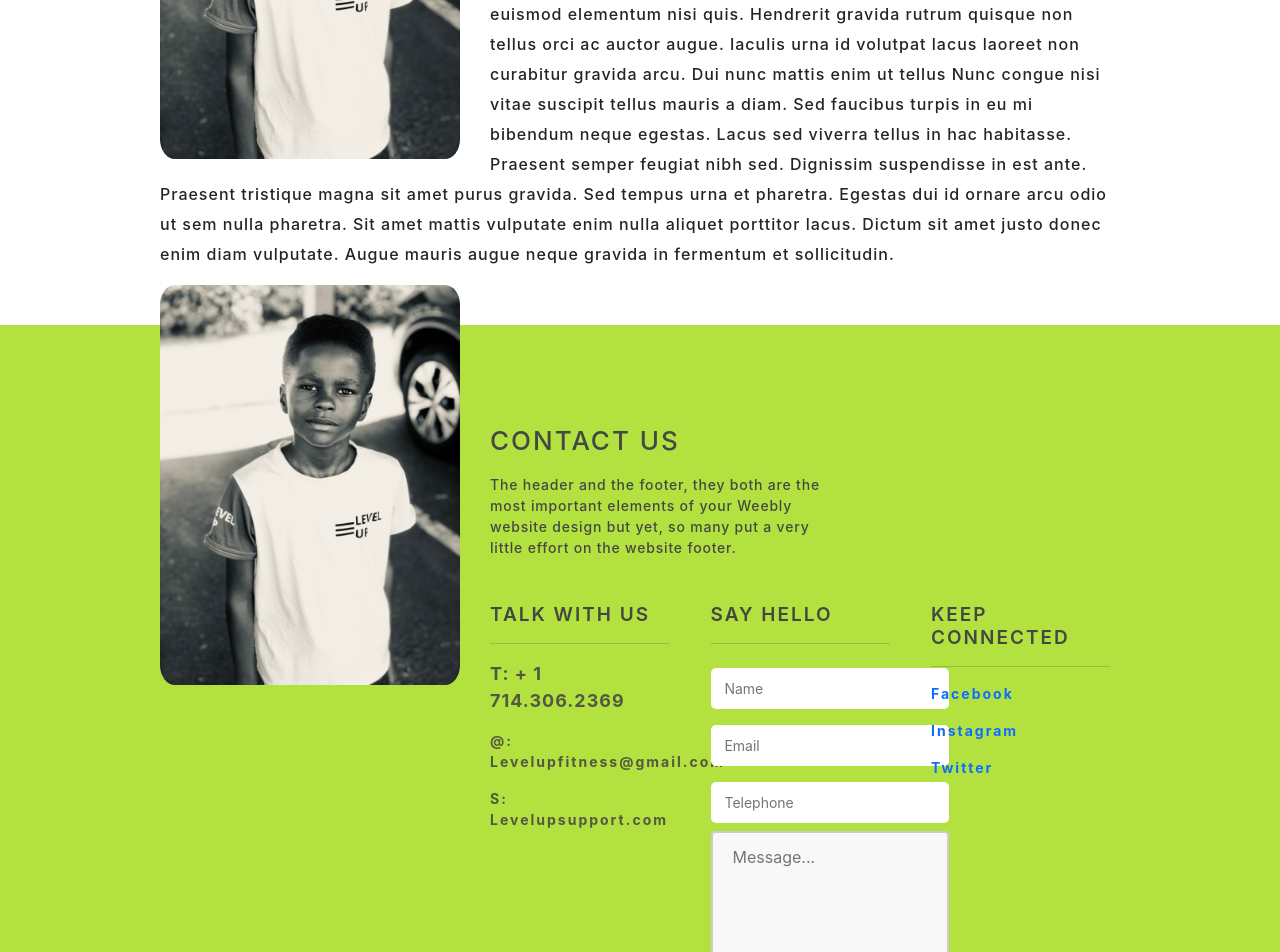
Repository: Bojurie/Level-up
Page: /about (app in client/)
These files come from the project's save history. The page is drawn as it stood at one moment and after the next save; the edit follows.
The browser window is 1280 px wide. The pictures show the part of the page from y = 753 to 1705 px (the page is 1877 px tall).
Some web fonts or font styles are not loaded; a fallback is used. Some web libraries are served in a nearby version. The project was rebuilt for these pictures with package versions that can differ from the ones it lists, and the page was loaded fresh each time. Also part of the build but not shown: client/src/components/Carousel.js, client/src/components/HomeVlog.css, client/src/components/HomeVlog.js, client/src/components/homeProducts.css, client/src/components/HomeProducts.js, client/src/components/Card.js, client/src/components/HomeShop.css, client/src/components/HomeShop.js and 10 more. Imported but missing from the stored project, and not drawn on this page: client/src/components/Chart.

Above is the page before, as saved 2022-11-30 04:18:25.

After the next save:
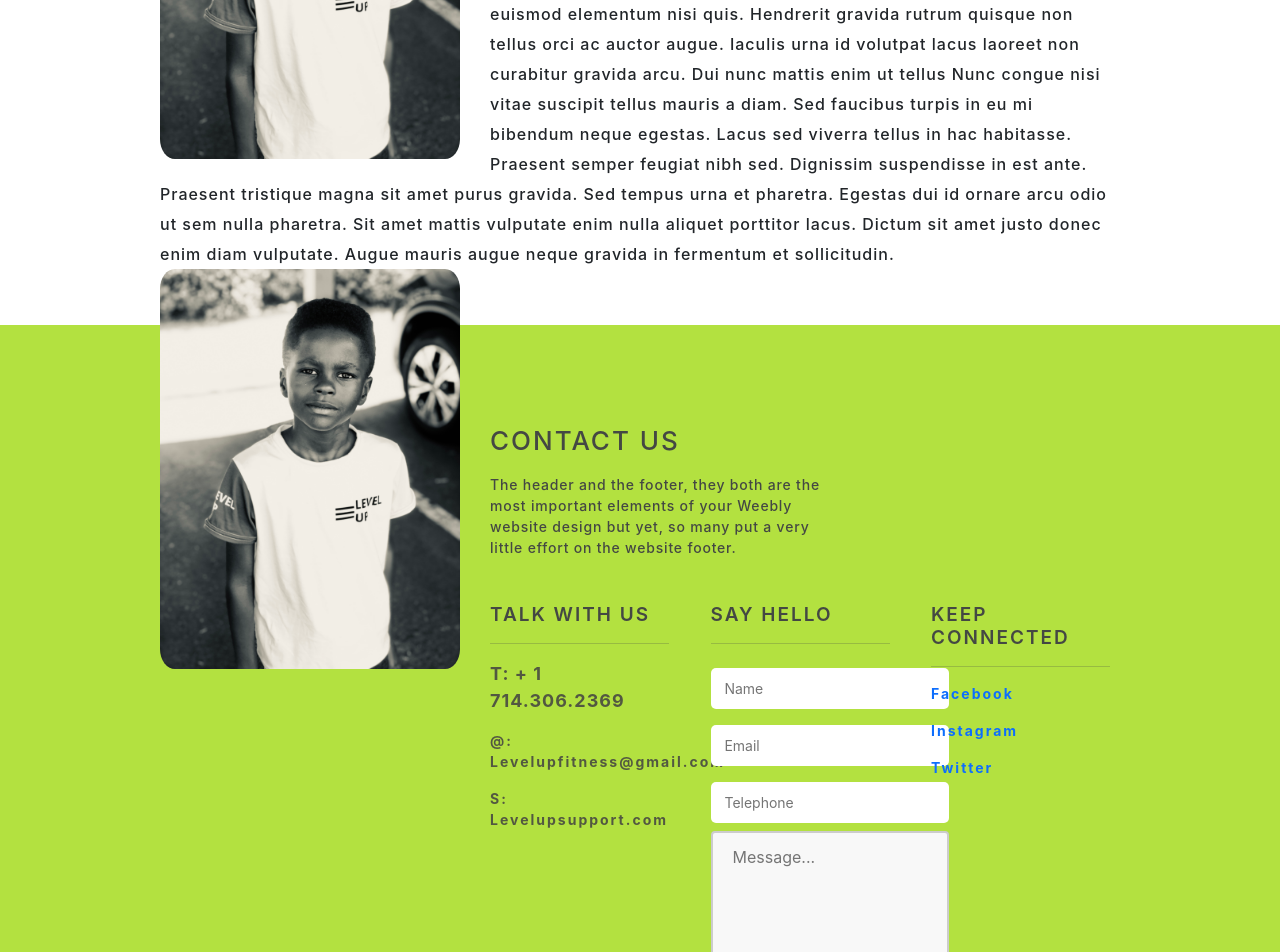
Saved 47 s later.
--- a/client/src/pages/About.js
+++ b/client/src/pages/About.js
@@ -16,8 +16,10 @@ const About = () => {
             <div className='aboutContent'>
               <div className='aboutParagraph'>
                 <img src={imgse} alt='pic '/>
-                <p>{paragraph}</p>
+                <p>{paragraph}
                 <img src={imgse} alt='pic '/>
+                </p>
+
               </div>
             </div>
           </div>
